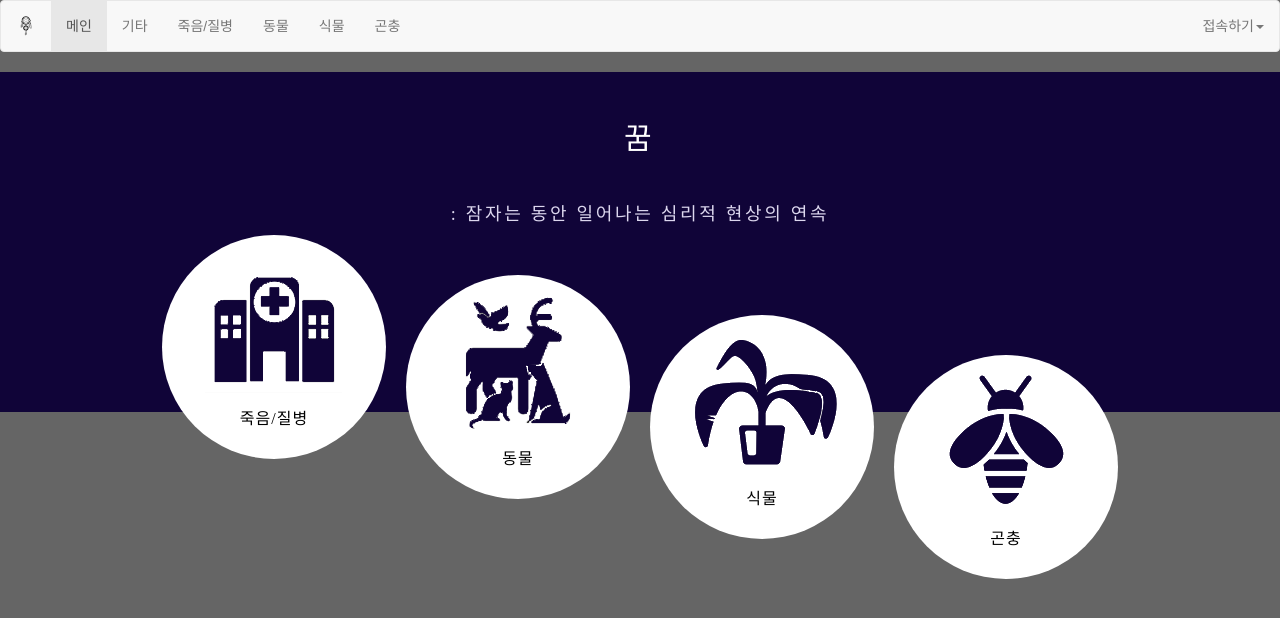
Repository: tjshee39/-1-2
Page: http://localhost/BBS/main.jsp
The author's editor kept a copy of each file at every save. The page is drawn from the files as they stood at one save, then again after the next save.
The browser window is 1280 px wide. The pictures show the whole page.
Some web fonts or font styles are not loaded; a fallback is used. The page is served by Tomcat 9. Other server files are loaded and not shown.

Above is the page before, as saved 2020-07-01 09:35:29.

### project/BBS/WebContent/main.jsp
<%@ page language="java" contentType="text/html; charset=UTF-8"
    pageEncoding="UTF-8"%>
<%@ page import="java.io.PrintWriter" %>   <!-- 라이브러리 불러오기 -->
<!DOCTYPE html>
<html>
<head>
<meta charset="UTF-8">
<meta name="viewport" content="width=device-width", initial-scale="1">
<link rel="stylesheet" href="css/bootstrap.min.css">  <!-- bootstrap: 디자인 프레임워크(반응형) -->
<link rel="stylesheet" href="css/custom.css">
<link rel="stylesheet" href="css/main.css">
<link rel="stylesheet" href="css/main_normalize.css">
<title>JSP BBS</title>
<style type="text/css">
	a, a:hover {
		color: #000000;
		text-decoration: none;
	}
</style>
</head>
<body>
	<%   //로그인 된 사람들의 정보를 담을 수 있도록 만듦
		String userID = null;
		if (session.getAttribute("userID") != null) {  //현재 세션이 존재하는 사람이라면 ID값을 그대로 받아 관리할 수 있도록 만듦
			userID = (String) session.getAttribute("userID");
		}  //userID라는 변수에 해당ID가 담기고 그렇지 않은 사람들은 null
	%>
	<nav class="navbar navbar-default">
		<div class="navbar-header">
			<button type="button" class="navbar-toggle collapsed"
				data-toggle="collapse" data-target="#bs-example-navbar-collapse-1"
				aria-expanded="false">
				<span class="icon-bar"></span>  <!-- 메뉴 -->
				<span class="icon-bar"></span>
				<span class="icon-bar"></span>
				<span class="icon-bar"></span>
				<span class="icon-bar"></span>
				<span class="icon-bar"></span>
				<span class="icon-bar"></span>
			</button>
			<a class="navbar-brand" href="main.jsp"><img src="images/titleLogo.png" height="100%"></a>
		</div>
		<div class="collapse navbar-collapse" id="bs-example-navbar-collapse-1">
			<ul class="nav navbar-nav">
				<li class="active"><a href="main.jsp">메인</a></li>  <!-- active: 현재 접속한 페이지 -->
				<li><a href="bbs.jsp">기타</a></li>
				<li><a href="bbsLife.jsp">죽음/질병</a>
				<li><a href="bbsAnimal.jsp">동물</a>
				<li><a href="bbsPlant.jsp">식물</a>
				<li><a href="bbsInsect.jsp">곤충</a>
			</ul>
			<%  //로그인 되어있지 않은 경우만 나올 수 있음
				if (userID == null) {
			%>
			<ul class="nav navbar-nav navbar-right">
				<li class="dropdown">
					<a href="#" class="dropdown-toggle"
						data-toggle="dropdown" role="button" aria-haspopup="true"
						aria-expanded="false">접속하기<span class="caret"></span></a>
					<ul class="dropdown-menu">
						<li><a href="login.jsp">로그인</a></li>
						<li><a href="join.jsp">회원가입</a></li>
					</ul>
				</li>
			</ul>
			<%
				} else {   //로그인 되어있을 때
			%>
			<ul class="nav navbar-nav navbar-right">
				<li class="dropdown">
					<a href="#" class="dropdown-toggle"
						data-toggle="dropdown" role="button" aria-haspopup="true"
						aria-expanded="false">회원관리<span class="caret"></span></a>
					<ul class="dropdown-menu">
						<li><a href="logoutAction.jsp">로그아웃</a></li>
					</ul>
				</li>
			</ul>
			<%
				}
			%>
		</div>
	</nav>

	<div class="page-main" role="main">

    <div id="buttons2">
    <div id="dream">
        <h2 style="font-family: 'Nanum Myeongjo', serif; text-align: center;">꿈</h2>
        <h4 style="font-family: 'Nanum Myeongjo', serif; text_align: center; color: #dcd7ee;">
        : 잠자는 동안 일어나는 심리적 현상의 연속</h4>
    </div>
        <div class="inner clearfix" style="font-family: 'Nanum Myeongjo', serif">
            <button>
                <a href="bbsLife.jsp">
                <span>
                    <img src="img/1_gr.png">
                    <img src="img/1_bl.png"><br>
                                   죽음/질병
                </span>
                </a>
            </button>
            <button>
                <a href="bbsAnimal.jsp">
                <span>
                    <img src="img/2_gr.png">
                    <img src="img/2_bl.png"><br>
                                   동물
                </span>
                </a>
            </button>
            <button>
                <span>
                <a href="bbsPlant.jsp">
                    <img src="img/3_gr.png">
                    <img src="img/3_bl.png"><br>
                                   식물
                </a>
                </span>
            </button>
            <button>
                <span>
                <a href="bbsInsect.jsp">
                    <img src="img/4_gr.png">
                    <img src="img/4_bl.png"><br>
                                   곤충
                </a>
                </span>
            </button>
        </div>
    </div>

	</div>

	<%--  텍스트박스
	<div class="container">
		<div class="jumbotron">
			<div class="container">
				<h1>Web Site</h1>
				<p>내용</p>
				<p><a class="btn btn-primary btn-pull" href="#" role="button">버튼</a></p>
			</div>
		</div>
	</div>

	  사진 슬라이드
	<div class="container">
		<div id="myCarousel" class="carousel-slide" data-ride="carousel">
			<ol class="carousel-indicators">
				<li data-target="#myCarousel" data-slide-to="0" class="active"></li>
				<li data-target="#myCarousel" data-slide-to="1"></li>  <!-- id 같아야 함 -->
			</ol>
			<div class="carousel-inner">
				<div class="carousel-item active">
					<img class="d-block w-100" src="images/1.jpg" alt="First Slide">
				</div>
				<div class="carousel-item">
					<img class="d-block w-100" src="images/3.jpg" alt="First Slide">
				</div>
			<a class="carousel-control-prev" href="#myCarousel" role="button" data-slide="prev">
			     <span class="carousel-control-prev-icon" aria-hidden="true"></span>
			     <span class="sr-only">Previous</span>
		    </a>
			<a class="carousel-control-next" href="#myCarousel" role="button" data-slide="next">
			     <span class="carousel-control-next-icon" aria-hidden="true"></span>
			     <span class="sr-only">Next</span>
		    </a>
		    </div>
		</div>
	</div>
	--%>
	<script src="https://ajax.googleapis.com/ajax/libs/jquery/1.12.4/jquery.min.js"></script>
	<script src="js/bootstrap.js"></script>
	<script src="js/main.js"></script>
	<script src="js/main_vendor/jquery-1.10.2.min.js"></script>
	<script src="js/main_vendor/jquery-ui-1.10.3.custom.min.js"></script>
</body>
</html>

### project/BBS/WebContent/css/custom.css
@import url('https://fonts.googleapis.com/css2?family=Nanum+Gothic&display=swap');  <!-- 구글 제공 폰트 -->
@import url('https://fonts.googleapis.com/css2?family=Nanum+Gothic&family=Open+Sans&family=Ubuntu&display=swap');
@import url('https://fonts.googleapis.com/css2?family=Source+Serif+Pro:wght@600&display=swap');

### project/BBS/WebContent/css/main.css
/*
 * Base
 */
@import url('https://fonts.googleapis.com/css2?family=Nanum+Myeongjo&display=swap');

html {
    font-family: "Helvetica Neue", "Arial", "Hiragino Kaku Gothic ProN", "Meiryo", sans-serif, 'Nanum Myeongjo', serif;
    font-size: 16px;
    line-height: 1.5;
}

body {
    background-color: #656565;
}

img {
    vertical-align: middle;
}

button {
    outline: none;
}

#dream{
	display: inline;
	text-align: center;
}

#dreamh2 {
	text-shadow: 4px 4px 6px skyblue, 0 0 1em skyblue, 0 0 0.2em white;
}

#dreamh4 {
	text-shadow: 4px 2px 2px skyblue;
}

::-moz-selection {
    background: #b3d4fc;
    text-shadow: none;
}

::selection {
    background: #b3d4fc;
    text-shadow: none;
}

.page-header {
    background-color: #fff;
}

.page-main {
    position: relative;
}

.page-main > div {
    padding: 50px 0 100px;
}

.page-main > div h2 {
    color: #fff;
    text-align: center;
    margin: 0 0 50px;
    letter-spacing: 0.15em;
}

.page-main > div h4 {
    color: #dcd7ee;
    text-align: center;
    margin: 0 0 50px;
    letter-spacing: 0.15em;
}

#buttons2 {
    background-color: #100438;
    height: 340px;
}

#buttons2 .inner {
    position: relative;
    width: 976px;
    margin: 0 auto;
}

#buttons2 button {
    display: block;
    position: absolute;
    width: 224px;
    height: 224px;
    overflow: hidden;
    padding: 0 0 35px;
    font-size: 16px;
    letter-spacing: 1px;
    color: #100438;
    background-color: #fff;
    border: none;
    border-radius: 112px;
}
#buttons2 button:nth-child(1) {
    left: 10px;
}
#buttons2 button:nth-child(2) {
    left: 254px;
}
#buttons2 button:nth-child(3) {
    left: 498px;
}
#buttons2 button:nth-child(4) {
    left: 742px;
}

.page-footer {
    background-color: #656565;
}

.page-footer small {
    display: block;
    color: #fff;
    font-size: 11px;
    text-align: right;
    width: 976px;
    margin: 0 auto;
    height: 120px;
    line-height: 120px;
    letter-spacing: 0.15em;
}

.page-footer a {
    color: #fff;
    text-decoration: none;
}

/*
 * Helpers
 */

/* Clearfix */
.clearfix:before,
.clearfix:after {
    content: " ";
    display: table;
}
.clearfix:after {
    clear: both;
}

/* #button2 */
#buttons2 button img:first-child {
    position: absolute;
}
#buttons2 button img:nth-child(2) {
    opacity: 0;
}

### project/BBS/WebContent/css/main_normalize.css
/*! normalize.css v2.1.2 | MIT License | git.io/normalize */

/* ==========================================================================
   HTML5 display definitions
   ========================================================================== */

/**
 * Correct `block` display not defined in IE 8/9.
 */

article,
aside,
details,
figcaption,
figure,
footer,
header,
hgroup,
main,
nav,
section,
summary {
    display: block;
}

/**
 * Correct `inline-block` display not defined in IE 8/9.
 */

audio,
canvas,
video {
    display: inline-block;
}

/**
 * Prevent modern browsers from displaying `audio` without controls.
 * Remove excess height in iOS 5 devices.
 */

audio:not([controls]) {
    display: none;
    height: 0;
}

/**
 * Address `[hidden]` styling not present in IE 8/9.
 * Hide the `template` element in IE, Safari, and Firefox < 22.
 */

[hidden],
template {
    display: none;
}

/* ==========================================================================
   Base
   ========================================================================== */

/**
 * 1. Set default font family to sans-serif.
 * 2. Prevent iOS text size adjust after orientation change, without disabling
 *    user zoom.
 */

html {
    font-family: sans-serif; /* 1 */
    -ms-text-size-adjust: 100%; /* 2 */
    -webkit-text-size-adjust: 100%; /* 2 */
}

/**
 * Remove default margin.
 */

body {
    margin: 0;
}

/* ==========================================================================
   Links
   ========================================================================== */

/**
 * Remove the gray background color from active links in IE 10.
 */

a {
    background: transparent;
}

/**
 * Address `outline` inconsistency between Chrome and other browsers.
 */

a:focus {
    outline: thin dotted;
}

/**
 * Improve readability when focused and also mouse hovered in all browsers.
 */

a:active,
a:hover {
    outline: 0;
}

/* ==========================================================================
   Typography
   ========================================================================== */

/**
 * Address variable `h1` font-size and margin within `section` and `article`
 * contexts in Firefox 4+, Safari 5, and Chrome.
 */

h1 {
    font-size: 2em;
    margin: 0.67em 0;
}

/**
 * Address styling not present in IE 8/9, Safari 5, and Chrome.
 */

abbr[title] {
    border-bottom: 1px dotted;
}

/**
 * Address style set to `bolder` in Firefox 4+, Safari 5, and Chrome.
 */

b,
strong {
    font-weight: bold;
}

/**
 * Address styling not present in Safari 5 and Chrome.
 */

dfn {
    font-style: italic;
}

/**
 * Address differences between Firefox and other browsers.
 */

hr {
    -moz-box-sizing: content-box;
    box-sizing: content-box;
    height: 0;
}

/**
 * Address styling not present in IE 8/9.
 */

mark {
    background: #ff0;
    color: #000;
}

/**
 * Correct font family set oddly in Safari 5 and Chrome.
 */

code,
kbd,
pre,
samp {
    font-family: monospace, serif;
    font-size: 1em;
}

/**
 * Improve readability of pre-formatted text in all browsers.
 */

pre {
    white-space: pre-wrap;
}

/**
 * Set consistent quote types.
 */

q {
    quotes: "\201C" "\201D" "\2018" "\2019";
}

/**
 * Address inconsistent and variable font size in all browsers.
 */

small {
    font-size: 80%;
}

/**
 * Prevent `sub` and `sup` affecting `line-height` in all browsers.
 */

sub,
sup {
    font-size: 75%;
    line-height: 0;
    position: relative;
    vertical-align: baseline;
}

sup {
    top: -0.5em;
}

sub {
    bottom: -0.25em;
}

/* ==========================================================================
   Embedded content
   ========================================================================== */

/**
 * Remove border when inside `a` element in IE 8/9.
 */

img {
    border: 0;
}

/**
 * Correct overflow displayed oddly in IE 9.
 */

svg:not(:root) {
    overflow: hidden;
}

/* ==========================================================================
   Figures
   ========================================================================== */

/**
 * Address margin not present in IE 8/9 and Safari 5.
 */

figure {
    margin: 0;
}

/* ==========================================================================
   Forms
   ========================================================================== */

/**
 * Define consistent border, margin, and padding.
 */

fieldset {
    border: 1px solid #c0c0c0;
    margin: 0 2px;
    padding: 0.35em 0.625em 0.75em;
}

/**
 * 1. Correct `color` not being inherited in IE 8/9.
 * 2. Remove padding so people aren't caught out if they zero out fieldsets.
 */

legend {
    border: 0; /* 1 */
    padding: 0; /* 2 */
}

/**
 * 1. Correct font family not being inherited in all browsers.
 * 2. Correct font size not being inherited in all browsers.
 * 3. Address margins set differently in Firefox 4+, Safari 5, and Chrome.
 */

button,
input,
select,
textarea {
    font-family: inherit; /* 1 */
    font-size: 100%; /* 2 */
    margin: 0; /* 3 */
}

/**
 * Address Firefox 4+ setting `line-height` on `input` using `!important` in
 * the UA stylesheet.
 */

button,
input {
    line-height: normal;
}

/**
 * Address inconsistent `text-transform` inheritance for `button` and `select`.
 * All other form control elements do not inherit `text-transform` values.
 * Correct `button` style inheritance in Chrome, Safari 5+, and IE 8+.
 * Correct `select` style inheritance in Firefox 4+ and Opera.
 */

button,
select {
    text-transform: none;
}

/**
 * 1. Avoid the WebKit bug in Android 4.0.* where (2) destroys native `audio`
 *    and `video` controls.
 * 2. Correct inability to style clickable `input` types in iOS.
 * 3. Improve usability and consistency of cursor style between image-type
 *    `input` and others.
 */

button,
html input[type="button"], /* 1 */
input[type="reset"],
input[type="submit"] {
    -webkit-appearance: button; /* 2 */
    cursor: pointer; /* 3 */
}

/**
 * Re-set default cursor for disabled elements.
 */

button[disabled],
html input[disabled] {
    cursor: default;
}

/**
 * 1. Address box sizing set to `content-box` in IE 8/9.
 * 2. Remove excess padding in IE 8/9.
 */

input[type="checkbox"],
input[type="radio"] {
    box-sizing: border-box; /* 1 */
    padding: 0; /* 2 */
}

/**
 * 1. Address `appearance` set to `searchfield` in Safari 5 and Chrome.
 * 2. Address `box-sizing` set to `border-box` in Safari 5 and Chrome
 *    (include `-moz` to future-proof).
 */

input[type="search"] {
    -webkit-appearance: textfield; /* 1 */
    -moz-box-sizing: content-box;
    -webkit-box-sizing: content-box; /* 2 */
    box-sizing: content-box;
}

/**
 * Remove inner padding and search cancel button in Safari 5 and Chrome
 * on OS X.
 */

input[type="search"]::-webkit-search-cancel-button,
input[type="search"]::-webkit-search-decoration {
    -webkit-appearance: none;
}

/**
 * Remove inner padding and border in Firefox 4+.
 */

button::-moz-focus-inner,
input::-moz-focus-inner {
    border: 0;
    padding: 0;
}

/**
 * 1. Remove default vertical scrollbar in IE 8/9.
 * 2. Improve readability and alignment in all browsers.
 */

textarea {
    overflow: auto; /* 1 */
    vertical-align: top; /* 2 */
}

/* ==========================================================================
   Tables
   ========================================================================== */

/**
 * Remove most spacing between table cells.
 */

table {
    border-collapse: collapse;
    border-spacing: 0;
}

### project/BBS/WebContent/js/main.js
$(function(){
    //
    var duration = 300;

    // buttons2 ----------------------------------------
    $('#buttons2 button').each(function(index){
        //var pos = Math.random() * 80 - 40;
        var pos = index * 40 - 40;
        $(this).css('top', pos);
    })
    .on('mouseover', function(){
        var $btn = $(this).stop(true).animate({
            backgroundColor: '#faee00',
            color: '#000'
        }, duration);
        $btn.find('img:first-child').stop(true).animate({opacity: 0}, duration);
        $btn.find('img:nth-child(2)').stop(true).animate({opacity: 1}, duration);
    })
    .on('mouseout', function(){
        var $btn = $(this).stop(true).animate({
            backgroundColor: '#fff',
            color: '#100438',
        }, duration);
        $btn.find('img:first-child').stop(true).animate({opacity: 1}, duration);
        $btn.find('img:nth-child(2)').stop(true).animate({opacity: 0}, duration);
    });


});

Loaded but not shown: project/BBS/WebContent/css/bootstrap.min.css (library); project/BBS/WebContent/js/bootstrap.js (library); project/BBS/WebContent/js/main_vendor/jquery-1.10.2.min.js (library); project/BBS/WebContent/js/main_vendor/jquery-ui-1.10.3.custom.min.js (library)

After the next save:
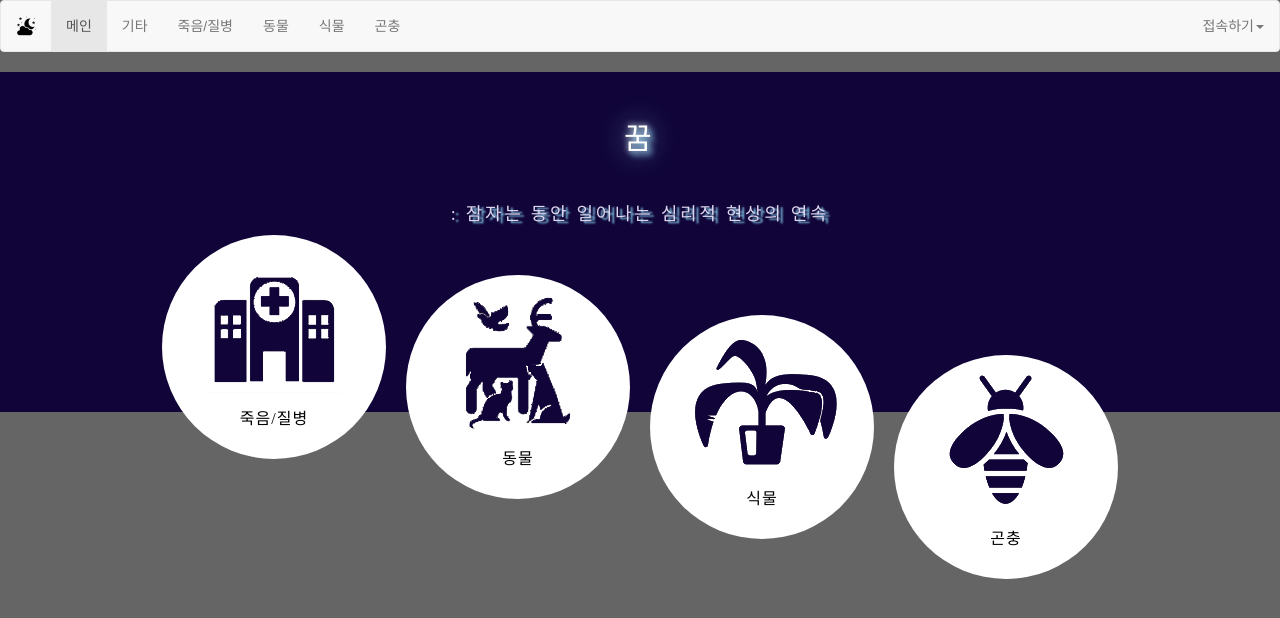
Saved 2 min 50 s later.
--- a/project/BBS/WebContent/main.jsp
+++ b/project/BBS/WebContent/main.jsp
@@ -8,7 +8,7 @@
 <meta name="viewport" content="width=device-width", initial-scale="1">
 <link rel="stylesheet" href="css/bootstrap.min.css">  <!-- bootstrap: 디자인 프레임워크(반응형) -->
 <link rel="stylesheet" href="css/custom.css">
-<link rel="stylesheet" href="css/main.css">
+<link rel="stylesheet" href="css/main.css?ver=1">
 <link rel="stylesheet" href="css/main_normalize.css">
 <title>JSP BBS</title>
 <style type="text/css">
@@ -38,7 +38,7 @@
 				<span class="icon-bar"></span>
 				<span class="icon-bar"></span>
 			</button>
-			<a class="navbar-brand" href="main.jsp"><img src="images/titleLogo.png" height="100%"></a>
+			<a class="navbar-brand" href="main.jsp"><img src="images/navTitle.png" height="100%"></a>
 		</div>
 		<div class="collapse navbar-collapse" id="bs-example-navbar-collapse-1">
 			<ul class="nav navbar-nav">
@@ -73,6 +73,7 @@
 						aria-expanded="false">회원관리<span class="caret"></span></a>
 					<ul class="dropdown-menu">
 						<li><a href="logoutAction.jsp">로그아웃</a></li>
+						<li><a href="withdrawal.jsp">회원탈퇴</a></li>
 					</ul>
 				</li>
 			</ul>
@@ -86,8 +87,8 @@
 
     <div id="buttons2">
     <div id="dream">
-        <h2 style="font-family: 'Nanum Myeongjo', serif; text-align: center;">꿈</h2>
-        <h4 style="font-family: 'Nanum Myeongjo', serif; text_align: center; color: #dcd7ee;">
+        <h2 id="dreamh2" style="font-family: 'Nanum Myeongjo', serif; text-align: center;">꿈</h2>
+        <h4 id ="dreamh4" style="font-family: 'Nanum Myeongjo', serif; text_align: center; color: #dcd7ee;">
         : 잠자는 동안 일어나는 심리적 현상의 연속</h4>
     </div>
         <div class="inner clearfix" style="font-family: 'Nanum Myeongjo', serif">
@@ -131,44 +132,6 @@
     </div>
 
 	</div>
-
-	<%--  텍스트박스
-	<div class="container">
-		<div class="jumbotron">
-			<div class="container">
-				<h1>Web Site</h1>
-				<p>내용</p>
-				<p><a class="btn btn-primary btn-pull" href="#" role="button">버튼</a></p>
-			</div>
-		</div>
-	</div>
-
-	  사진 슬라이드
-	<div class="container">
-		<div id="myCarousel" class="carousel-slide" data-ride="carousel">
-			<ol class="carousel-indicators">
-				<li data-target="#myCarousel" data-slide-to="0" class="active"></li>
-				<li data-target="#myCarousel" data-slide-to="1"></li>  <!-- id 같아야 함 -->
-			</ol>
-			<div class="carousel-inner">
-				<div class="carousel-item active">
-					<img class="d-block w-100" src="images/1.jpg" alt="First Slide">
-				</div>
-				<div class="carousel-item">
-					<img class="d-block w-100" src="images/3.jpg" alt="First Slide">
-				</div>
-			<a class="carousel-control-prev" href="#myCarousel" role="button" data-slide="prev">
-			     <span class="carousel-control-prev-icon" aria-hidden="true"></span>
-			     <span class="sr-only">Previous</span>
-		    </a>
-			<a class="carousel-control-next" href="#myCarousel" role="button" data-slide="next">
-			     <span class="carousel-control-next-icon" aria-hidden="true"></span>
-			     <span class="sr-only">Next</span>
-		    </a>
-		    </div>
-		</div>
-	</div>
-	--%>
 	<script src="https://ajax.googleapis.com/ajax/libs/jquery/1.12.4/jquery.min.js"></script>
 	<script src="js/bootstrap.js"></script>
 	<script src="js/main.js"></script>
